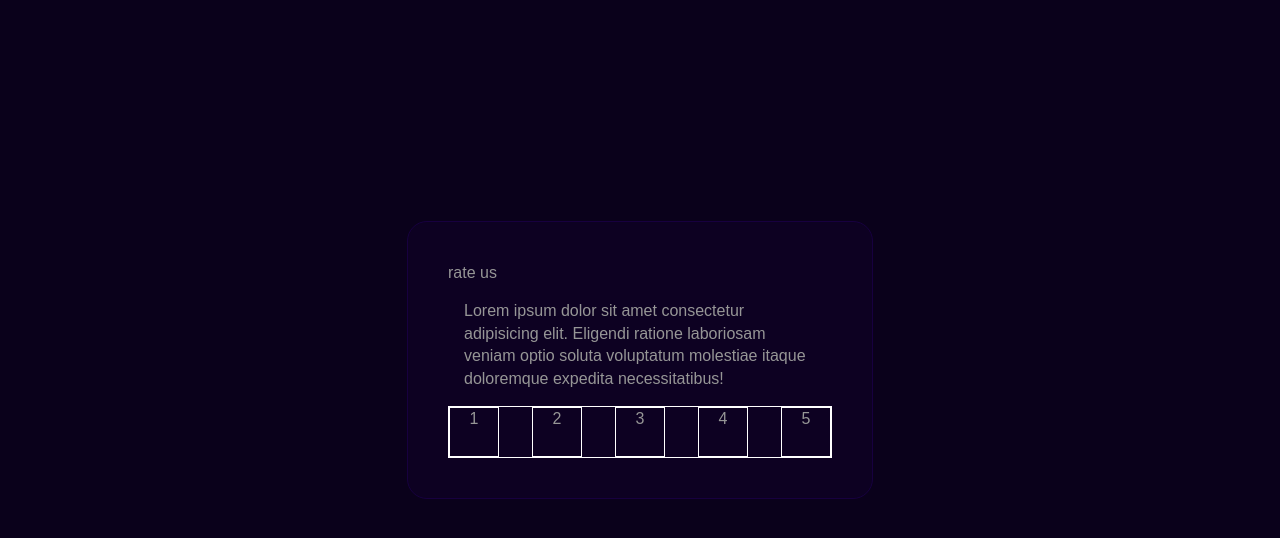
Repository: russel-success/xcodepp-TASK-2
Page: index.html
The author's editor kept a copy of each file at every save. The page is drawn from the files as they stood at one save, then again after the next save.
The browser window is 1280 px wide. The pictures show the whole page.

Above is the page before, as saved 2024-05-24 23:00:45.

After the next save:
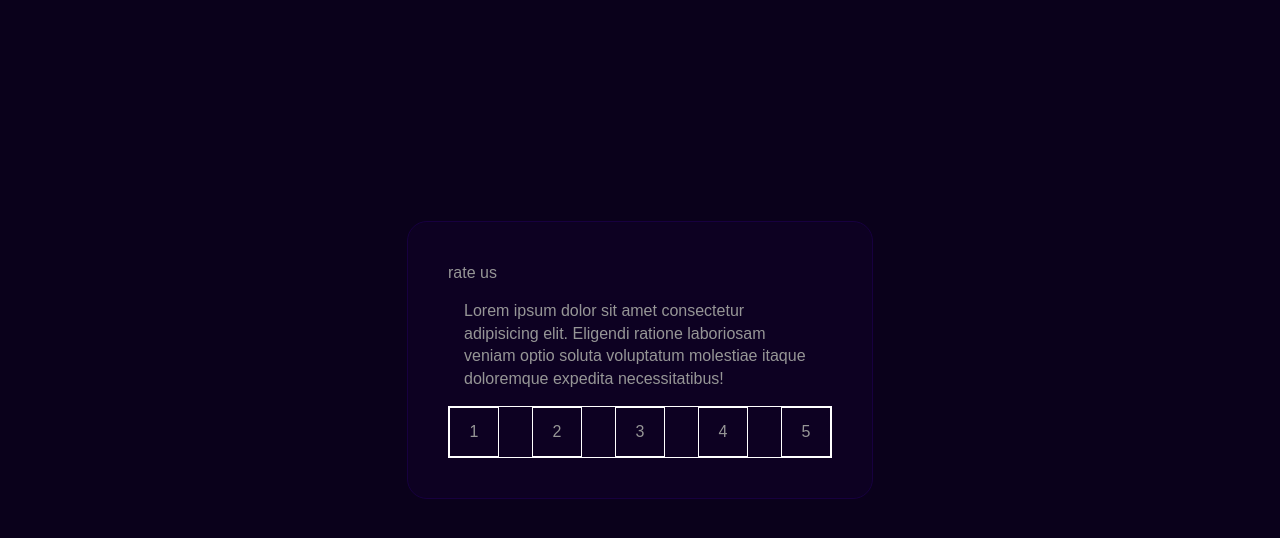
Saved 13 s later.
--- a/styles/styles.css
+++ b/styles/styles.css
@@ -45,5 +45,5 @@
     width:48px;
     height:48px;
     text-align:center;
-    margin
+    align-content:center;
 }
